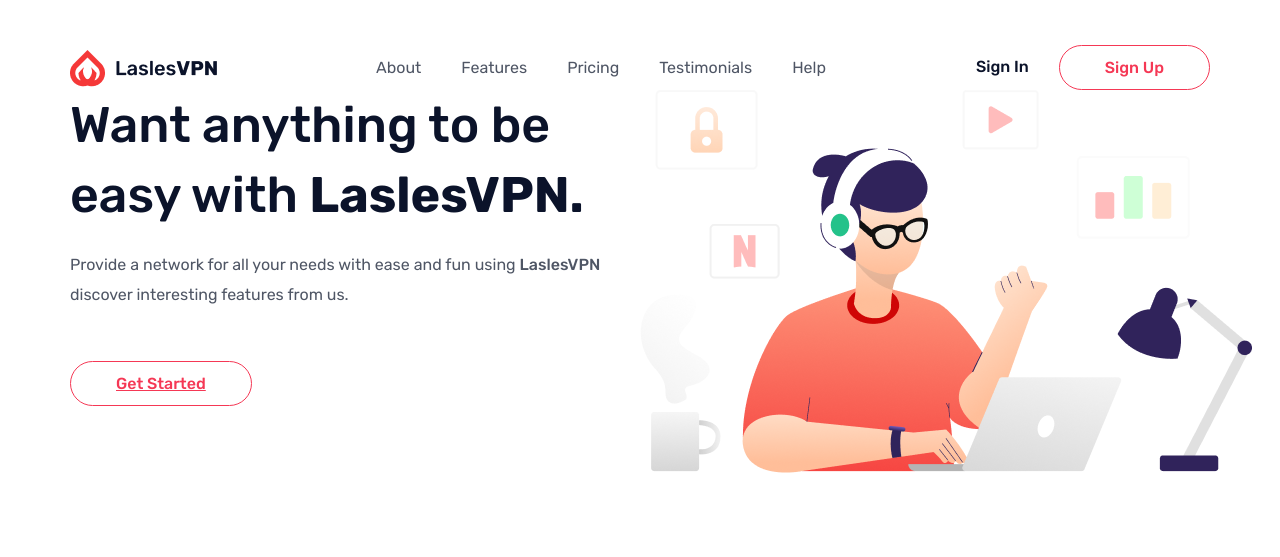
Repository: nafiesallahu/beetroot-fe-g1
Page: Homework10/index.html
The author's editor kept a copy of each file at every save. The page is drawn from the files as they stood at one save, then again after the next save.
The browser window is 1280 px wide. The pictures show the whole page.

Above is the page before, as saved 2021-01-27 19:27:43.

### Homework10/index.html
<!DOCTYPE html>
<html lang="en">

<head>
  <meta charset="UTF-8">
  <meta name="viewport" content="width=device-width, initial-scale=1.0">
  <title>Lasless VPN</title>
  <link rel="preconnect" href="https://fonts.gstatic.com">
  <link href="https://fonts.googleapis.com/css2?family=Rubik:ital,wght@0,400;0,500;0,700;1,400;1,500;1,700&display=swap" rel="stylesheet">
  <link rel="stylesheet" href="./styles/style.css">
</head>

<body>
  <header class="main-header">
    <div class="container">
      <a href="index.html" class="logo">
        <img src="images/Logo.png" alt="LaslesVPN">
      </a>
      <nav class="main-nav">
        <ul>
          <li><a href="#">About</a></li>
          <li><a href="#">Features</a></li>
          <li><a href="#">Pricing</a></li>
          <li><a href="#">Testimonials</a></li>
          <li><a href="#">Help</a></li>
        </ul>
        <div class="nav-buttons">
          <a href="#" class="btn btn--link">Sign In</a>
          <a href="#" class="btn">Sign Up</a>
        </div>
      </nav>
    </div>
  </header>
  <main class="main-content">
    <section class="hero">
      <div class="container">
        <div class="hero__text">
          <h1>Want anything to be easy with <span>LaslesVPN.</span></h1>
          <p>Provide a network for all your needs with ease and fun using <span>LaslesVPN</span> discover interesting features from us.</p>
          <a href="#" class="btn">Get Started</a>
        </div>
        <div class="hero__image">
          <img src="images/illustration_1.png" alt="illustration_1.png">
        </div>
      </div>
    </section>
  </main>
</body>

</html>

### Homework10/styles/style.css
/* http://meyerweb.com/eric/tools/css/reset/
   v2.0 | 20110126
   License: none (public domain)
*/

html, body, div, span, applet, object, iframe,
h1, h2, h3, h4, h5, h6, p, blockquote, pre,
a, abbr, acronym, address, big, cite, code,
del, dfn, em, img, ins, kbd, q, s, samp,
small, strike, strong, sub, sup, tt, var,
b, u, i, center,
dl, dt, dd, ol, ul, li,
fieldset, form, label, legend,
table, caption, tbody, tfoot, thead, tr, th, td,
article, aside, canvas, details, embed,
figure, figcaption, footer, header, hgroup,
menu, nav, output, ruby, section, summary,
time, mark, audio, video {
	margin: 0;
	padding: 0;
	border: 0;
	font-size: 100%;
	font: inherit;
	vertical-align: baseline;
}
/* HTML5 display-role reset for older browsers */
article, aside, details, figcaption, figure,
footer, header, hgroup, menu, nav, section {
	display: block;
}
body {
	line-height: 1;
}
ol, ul {
	list-style: none;
}
blockquote, q {
	quotes: none;
}
blockquote:before, blockquote:after,
q:before, q:after {
	content: '';
	content: none;
}
table {
	border-collapse: collapse;
	border-spacing: 0;
}

/* ========================================================== */

* {
  box-sizing: border-box;
}

body {
  font-family: 'Rubik', sans-serif;
}
.main-header {
  padding-top: 45px;
  padding-bottom: 45px;
}
.container {
  width: 100%;
  max-width: 1140px;
  margin:0 auto;
}
.main-nav a {
  text-decoration: none;
}
.main-nav ul {
  float: left;
  margin-left: 157px;
  padding-top: 13px;
}
.main-nav ul li {
  margin-right: 40px;
  float: left;
}
.main-nav ul li a{
  font-size: 16px;
  line-height: 19px;
  color: #4F5665;
}
.logo {
  float: left;
  margin-top:5px;
}
.nav-buttons {
  float: right;
}
.btn {
  color: #F53855;
  font-size: 16px;
  padding-left: 45px;
  padding-right: 45px;
  height: 45px;
  line-height: 43px;
  border: 1px solid #F53855;
  float: left;
  border-radius: 50px;
  font-weight: 500;
}
.btn--link {
  padding-left: 0;
  padding-right: 0;
  border:0;
  margin-right:30px;
  color: #0B132A;
}

/* HERO */
.hero {
  float: left;
  width: 100%;
}
.hero__text {
  float: left;
  width:50%;
}
.hero__image {
  float: left;
  width:50%;
}

.hero__text h1 {
  font-weight: 500;
  font-size: 50px;
  line-height: 70px;
  color: #0B132A;
  margin-bottom: 20px;
}
.hero__text p {
  font-size: 16px;
  color: #4F5665;
  line-height: 1.9em;
  margin-bottom: 50px;
}
.hero__text h1 span {
  font-weight: bold;
}
.hero__text p span {
  font-weight: 500;
}

After the next save:
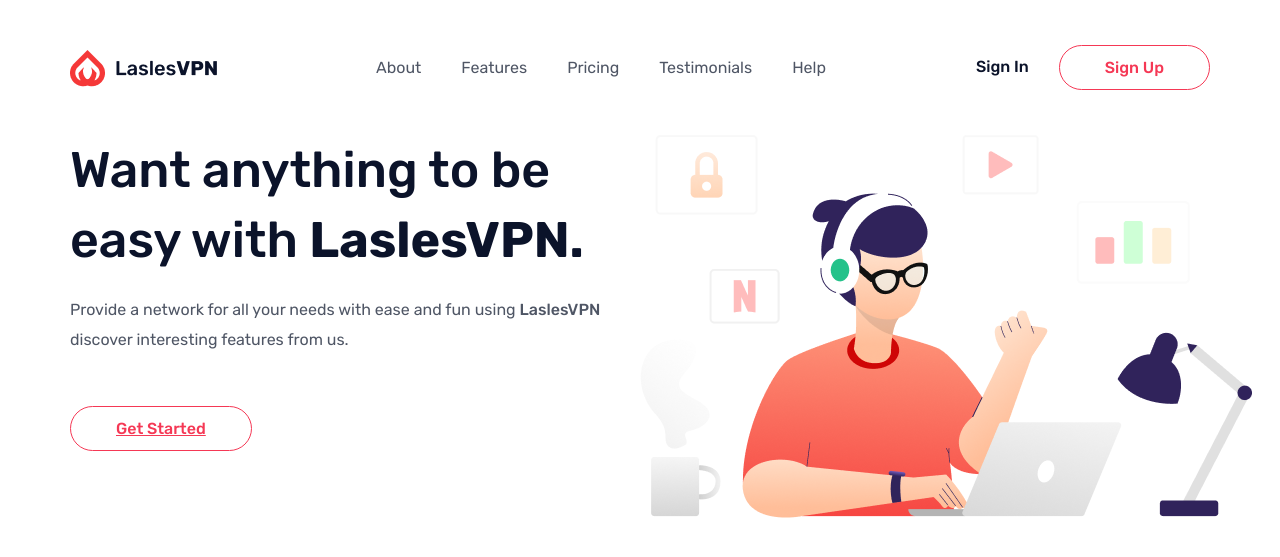
Saved 37 s later.
--- a/Homework10/styles/style.css
+++ b/Homework10/styles/style.css
@@ -57,6 +57,8 @@
   font-family: 'Rubik', sans-serif;
 }
 .main-header {
+  float: left;
+  width: 100%;
   padding-top: 45px;
   padding-bottom: 45px;
 }
